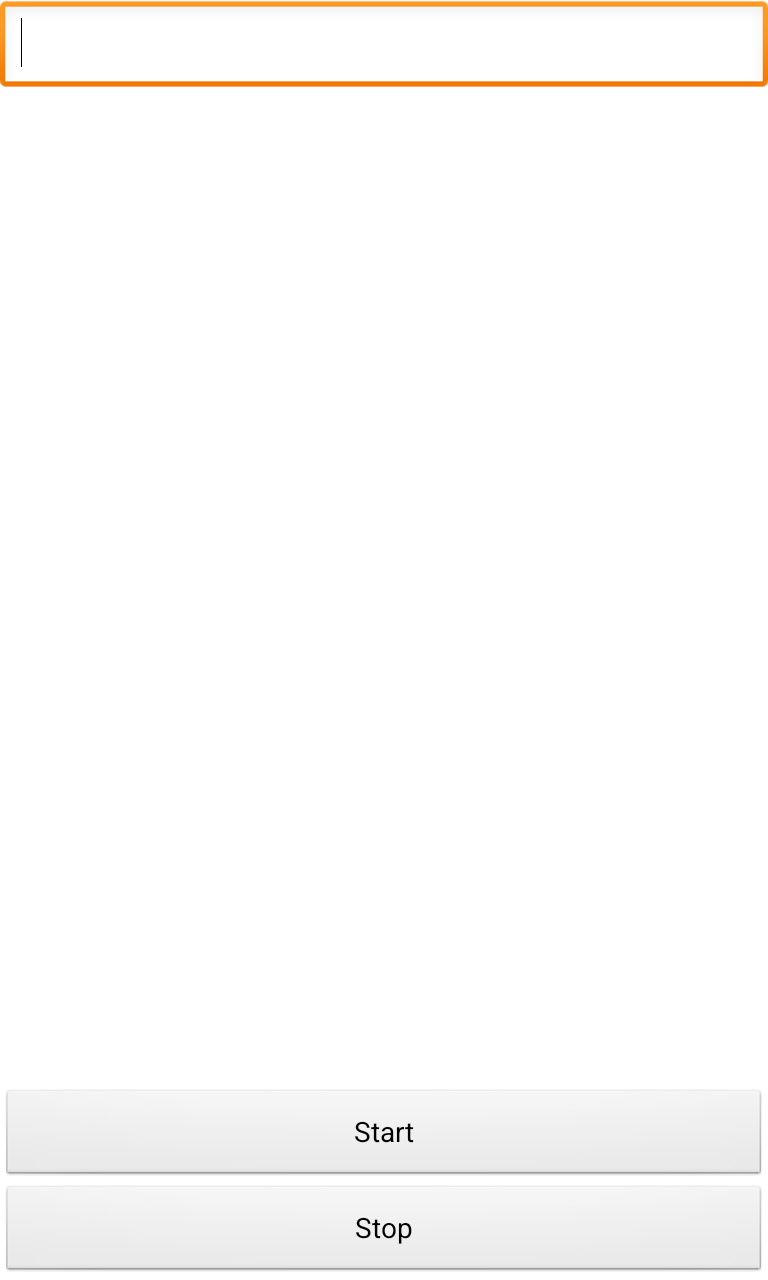
Repository: agejku/Embedded-Systems
Layout: Positionsensor/res/layout/main.xml
An editor plug-in stored every save of this project. The layout is shown before and after a run of saves, followed by the edit.
It is drawn on a 768 x 1280 px phone screen (xhdpi) without system bars, with theme AppTheme; the app's code is not run.

Above is the layout before, as saved 2014-04-23 16:13:01.

After the next 2 saves:
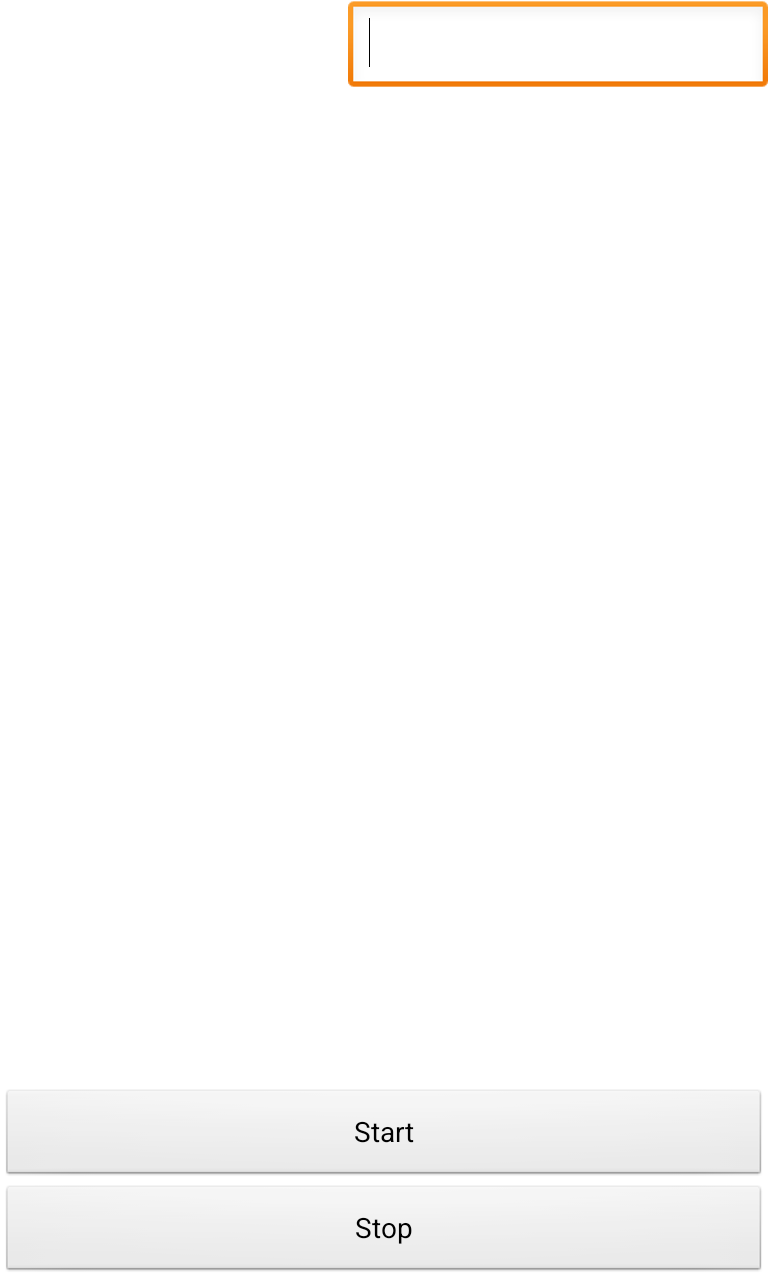
The 2 saves are shown as one change because 1 did not build or start.
The last was saved 22 s later.
--- a/Positionsensor/res/layout/main.xml
+++ b/Positionsensor/res/layout/main.xml
@@ -5,13 +5,7 @@
     android:layout_height="match_parent"
     android:orientation="vertical" >
 
-    <LinearLayout
-        android:id="@+id/linearLayout1"
-        android:layout_width="wrap_content"
-        android:layout_height="wrap_content"
-        android:layout_alignParentLeft="true"
-        android:layout_below="@+id/netzwerk5" >
-    </LinearLayout>
+
 
     <Button
         android:id="@+id/btnStopService"

After the save that followed:
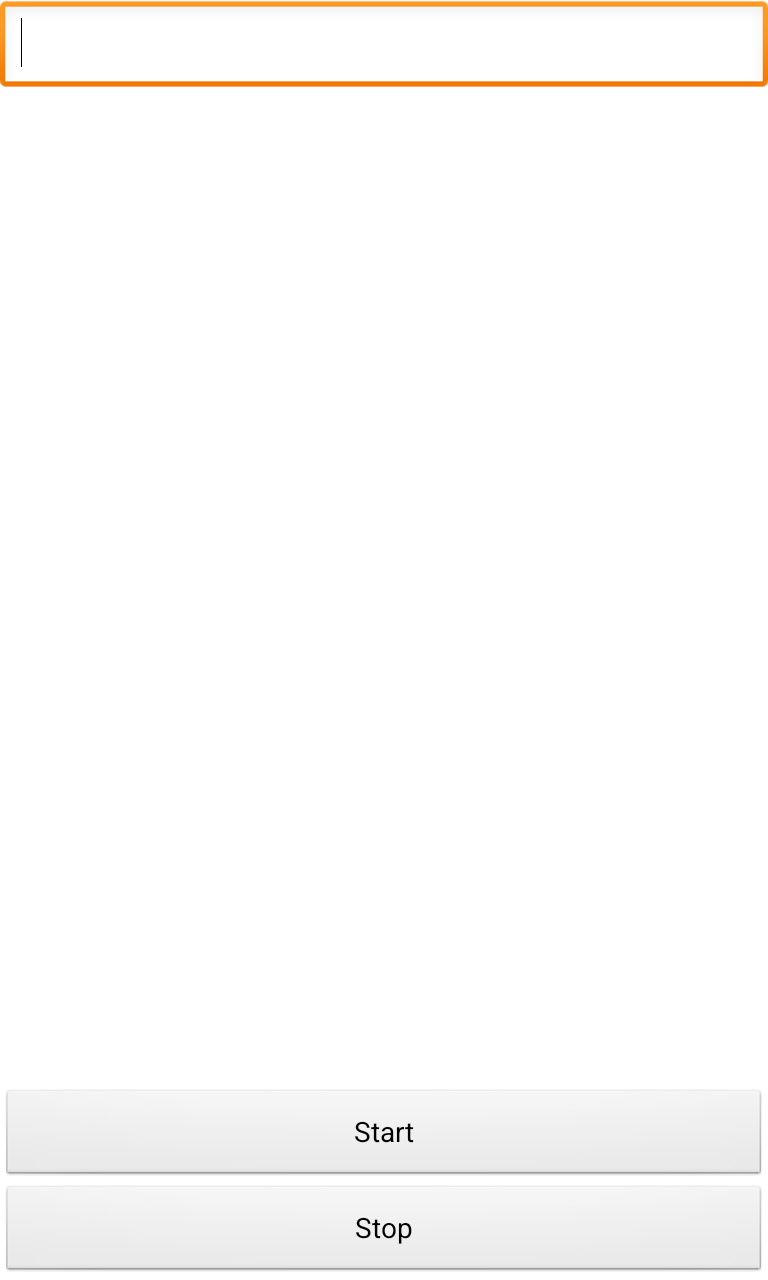
Saved 13 s later.
--- a/Positionsensor/res/layout/main.xml
+++ b/Positionsensor/res/layout/main.xml
@@ -29,9 +29,9 @@
         android:id="@+id/network1"
         android:layout_width="wrap_content"
         android:layout_height="wrap_content"
+        android:layout_alignParentLeft="true"
         android:layout_alignParentRight="true"
         android:layout_alignParentTop="true"
-        android:layout_toRightOf="@+id/linearLayout1"
         android:ems="10"
         android:inputType="textMultiLine" >
 
